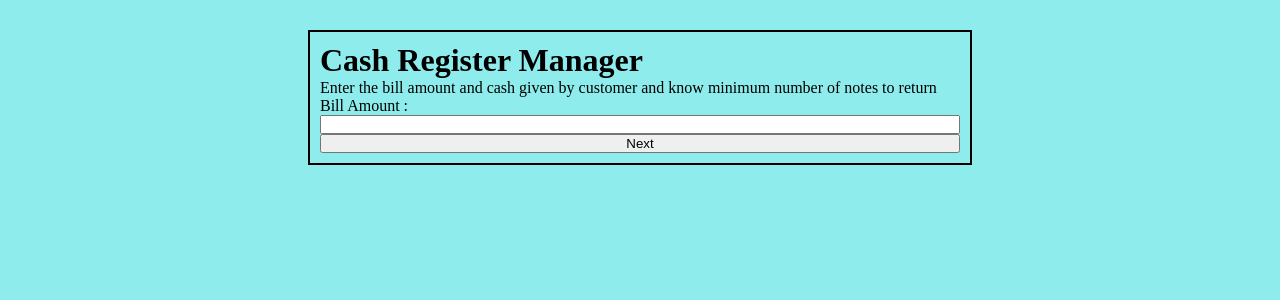
Repository: patelamancode/Cash-register-manager-app
Page: index.html
The author's editor kept a copy of each file at every save. The page is drawn from the files as they stood at one save, then again after the next save.
The browser window is 1280 px wide. The pictures show the whole page.

Above is the page before, as saved 2022-11-18 15:28:08.

### index.html
<!DOCTYPE html>
<html lang="en">

<head>
    <meta charset="UTF-8">
    <meta http-equiv="X-UA-Compatible" content="IE=edge">
    <meta name="viewport" content="width=device-width, initial-scale=1.0">
    <link rel="stylesheet" href="index.css">
    <title>Cash register app</title>
</head>

<body>
    <div id="main-container">
        <h1 class="heading">Cash Register Manager</h1>
        <p id="description">Enter the bill amount and cash given by customer
            and know minimum number of notes to return
        </p>
        <label for="Bill-amount">Bill Amount :</label>
        <input type="text" id="bill-amount">
        <button id="next-btn">Next</button>
        <div class="sub-container">
            <label for="Cash-amount" class="cash-section">User Cash :</label>
            <input type="text" id="cash-amount">
            <button class="check-btn">Check</button>
            <p class="error-message"></p>
            <table class="change-cash">
                <caption>Return Change Cash :</caption>
                <tr>
                    <th>No. of notes</th>
                    <td class="notes-number"></td>
                    <td class="notes-number"></td>
                    <td class="notes-number"></td>
                    <td class="notes-number"></td>
                    <td class="notes-number"></td>
                    <td class="notes-number"></td>
                    <td class="notes-number"></td>
                    <td class="notes-number"></td>
                    <td class="notes-number"></td>
                    <td class="notes-number"></td>
                </tr>
                <tr>
                    <th>Notes</th>
                    <td>2000</td>
                    <td>1000</td>
                    <td>500</td>
                    <td>200</td>
                    <td>100</td>
                    <td>50</td>
                    <td>20</td>
                    <td>10</td>
                    <td>5</td>
                    <td>1</td>
                </tr>
            </table>
        </div>
    </div>

    <script src="index.js"></script>
</body>

</html>

### index.css
*{
    margin: 0;
    padding: 0;
}

body{
    background-color: rgb(143, 236, 236);
}

#main-container{
    display: flex;
    flex-direction: column;
    width: 50vw;
    margin: auto;
    margin-top: 30px;
    padding: 10px;
    border: 2px solid black;

}

.sub-container{
    background-color: yellow;
    display: none;
    flex-direction: column;
    width: 50vw;
    margin: auto;
}

### index.js
// document.querySelector('.check-btn').addEventListener('click', function(){
//     console.log("Check button is clicked")
// })

const billAmount = document.querySelector('#bill-amount');
const cashAmount = document.querySelector('#cash-amount');
const checkButton = document.querySelector('.check-btn');
const errorMessage = document.querySelector('.error-message');
const notesDisplay = document.querySelectorAll('.notes-number');
// from here
const hideContent = document.querySelector('.sub-container');
const nextButton = document.querySelector('#next-btn');


// Testing console values for all inputs
// checkButton.addEventListener('click', function(){
//     console.log(cashAmount.value);
// })

nextButton.addEventListener('click', function(){
    hideContent.style.display = "flex"
    hideContent.style.flexDirection = "column"
})
// to here

const displayErrorMessage = function (message) {
    errorMessage.style.display = "block";
    errorMessage.style.backgroundColor = "red";
    errorMessage.innerText = message;
}
const hideErrorMessage = function(){
    errorMessage.style.display = "none";

}

const notesArray = [2000, 1000, 500, 200, 100, 50, 20, 10, 5, 1];
const numberOfNotesGiven = function(returnAmount){
    for(let i=0; i< notesArray.length; i++){
        let notesCount = Math.trunc(returnAmount/notesArray[i]);
        returnAmount = returnAmount%notesArray[i];
        notesDisplay[i].innerText = notesCount;
    }
}

checkButton.addEventListener('click', function amountValidation() {
    hideErrorMessage();

    if (billAmount.value > 0) {
        if(cashAmount.value >= billAmount.value){
            const returnAmount = cashAmount.value - billAmount.value;
            numberOfNotesGiven(returnAmount);
        }
        else{
            displayErrorMessage("Invalid Cash value as per Bill amount");
        }
    }
    else {
        displayErrorMessage("Please make sure input bill amount must be positive and non-zero value");
    }
})



// 1550

After the next save:
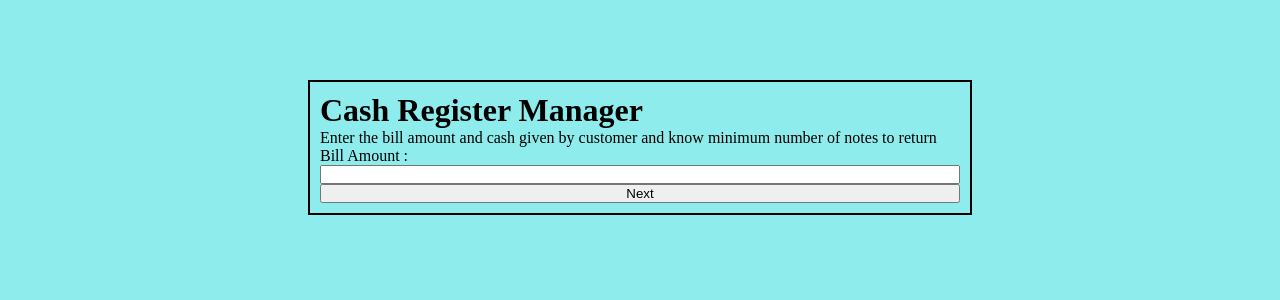
Saved 12 s later.
--- a/index.css
+++ b/index.css
@@ -12,7 +12,7 @@ body{
     flex-direction: column;
     width: 50vw;
     margin: auto;
-    margin-top: 30px;
+    margin-top: 5rem;
     padding: 10px;
     border: 2px solid black;
 
